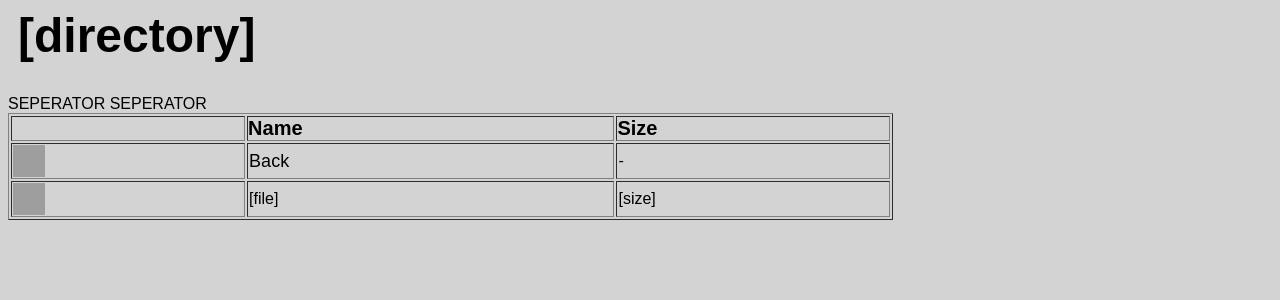
Repository: sharhar/JavaWebserver
Page: Server/res/nav.html
These files come from the project's save history. The page is drawn as it stood at one moment and after the next save; the edit follows.
The browser window is 1280 px wide. The pictures show the whole page.
Pictures or frames that could not be fetched are drawn as grey boxes.

Above is the page before, as saved 2016-05-15 21:13:38.

After the next save:
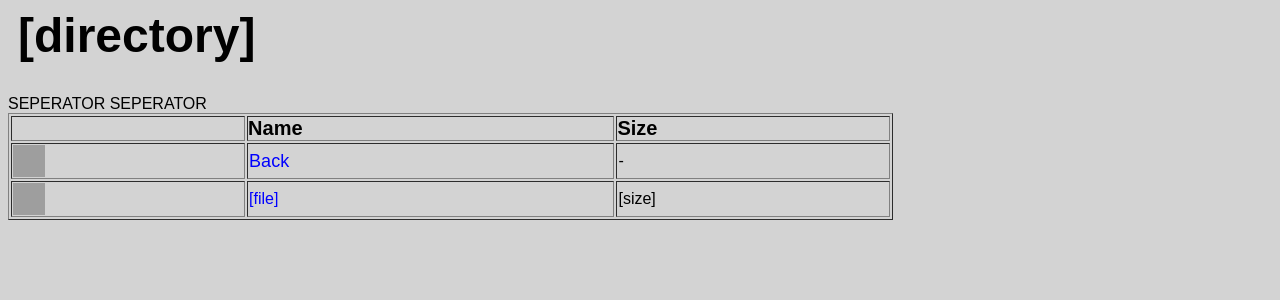
Saved 11 s later.
--- a/Server/res/nav.html
+++ b/Server/res/nav.html
@@ -26,7 +26,7 @@
 			}
 
 			a {
-				color: black;
+				color: blue;
 				text-decoration:none;
 			}
 		</style>
